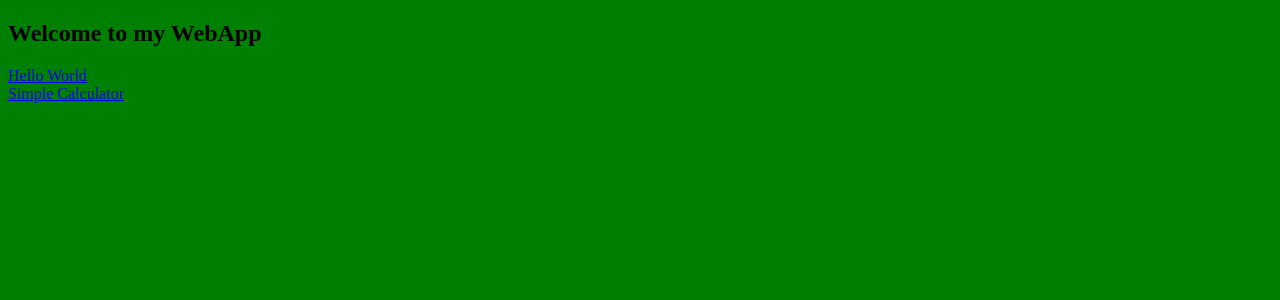
Repository: Shoumorup/ForGitDemo
Page: mywebapp/src/main/webapp/index.html
The author's editor kept a copy of each file at every save. The page is drawn from the files as they stood at one save, then again after the next save.
The browser window is 1280 px wide. The pictures show the whole page.

Above is the page before, as saved 2019-07-16 06:54:36.

### mywebapp/src/main/webapp/index.html
<!DOCTYPE html>
<html>
<head>
<meta charset="UTF-8">
<title>Home Page here</title>
</head>
<body bgcolor="green">

<h2>Welcome to my WebApp</h2>
<a href="hello">Hello World</a> <br>
<a href="calculator.html">Simple Calculator</a>
</body>
</html>

After the next save:
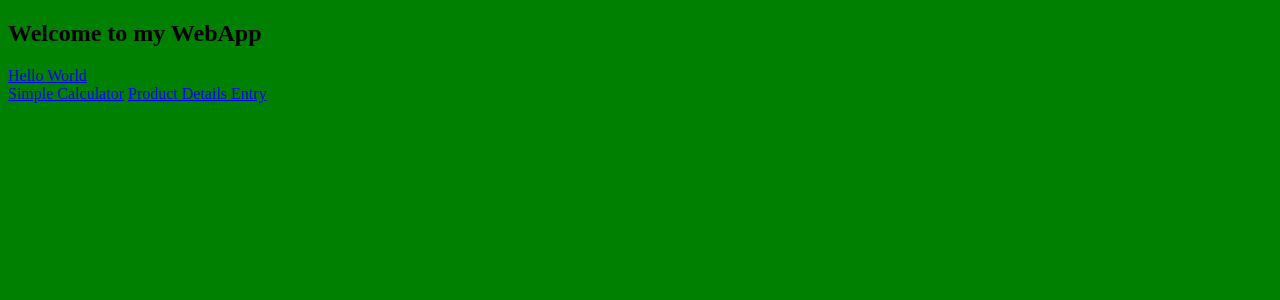
Saved 6 min 15 s later.
--- a/mywebapp/src/main/webapp/index.html
+++ b/mywebapp/src/main/webapp/index.html
@@ -9,5 +9,6 @@
 <h2>Welcome to my WebApp</h2>
 <a href="hello">Hello World</a> <br>
 <a href="calculator.html">Simple Calculator</a>
+<a href="product.html">Product Details Entry</a>
 </body>
 </html>
